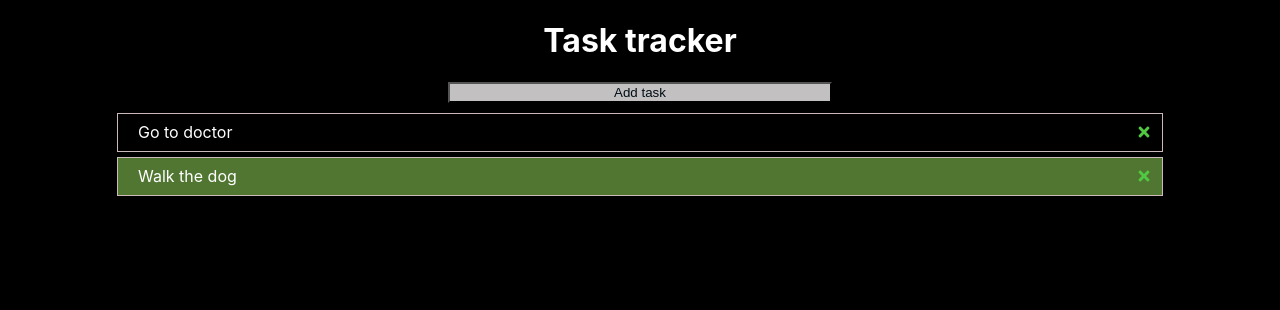
Repository: roscaImarius/task-tracker-react
Page: /
An editor plug-in stored every save of this project. The page is shown before and after the next save, followed by the edit.
The browser window is 1280 px wide. The pictures show the whole page.
The project was rebuilt for these pictures with package versions that can differ from the ones it lists, and the page was loaded fresh each time. Requests to the local data server were answered from the project's data file. Also part of the build but not shown: src/components/AddTask.js.

Above is the page before, as saved 2021-03-31 16:54:01.

### src/App.js
import "./App.css";
import Header from "./components/Header";
import React, { useState, useEffect } from "react";

function App() {
  const [showAdd, setShowAdd] = useState(false);
  const [tasks, setTasks] = useState([]);

  useEffect(() => {
    const getTasks = async () => {
      const tasksFromServer = await fetchTasks();
      setTasks(tasksFromServer);
    };

    getTasks();
  }, []);

  //fetch tasks
  const fetchTasks = async () => {
    const res = await fetch("http://localhost:5000/tasks");
    const data = await res.json();
    // console.log(data);
    return data;
  };

  //fetch task
  const fetchTask = async (id) => {
    const res = await fetch(`http://localhost:5000/tasks/${id}`);
    const data = await res.json();
    return data;
  };

  // show add form
  const onClickAdd = () => {
    setShowAdd(!showAdd);
  };

  // ADD task
  const addTask = async (task) => {
    // let randId = new Date().getTime();
    // const newTask = { id: randId, ...task };
    // console.log(newTask);
    // setTasks([...tasks, newTask]);

    const res = await fetch("http://localhost:5000/tasks", {
      method: "POST",
      headers: {
        "Content-type": "application/json",
      },
      body: JSON.stringify(task),
    });
    const data = await res.json();
    setTasks([...tasks, data]);
    setShowAdd(false);
  };

  //delete task
  const onDelete = async (id) => {
    await fetch(`http://localhost:5000/tasks/${id}`, {
      method: "DELETE",
    });

    setTasks(tasks.filter((t) => t.id !== id));
  };

  // Mark task
  const onDubleClick = async (id) => {
    const taskToToggle = await fetchTask(id);
    const updTask = { ...taskToToggle, reminder: !taskToToggle.reminder };

    const res = await fetch(`http://localhost:5000/tasks/${id}`, {
      method: "PUT",
      headers: {
        "Content-type": "application/json",
      },
      body: JSON.stringify(updTask),
    });

    const data = await res.json();
    setTasks(
      tasks.map((task) =>
        task.id === id ? { ...task, reminder: data.reminder } : task
      )
    );
  };
  return (
    <div className="App">
      <Header
        showAdd={showAdd}
        setShowAdd={setShowAdd}
        title={"Task tracker"}
        onDelete={onDelete}
        addTask={addTask}
        onClickAdd={onClickAdd}
        onDubleClick={onDubleClick}
        tasks={tasks}
      />
      {tasks.length === 0 ? <p>No tasks to show</p> : null}
    </div>
  );
}

export default App;

### src/App.css
.App {
  text-align: center;
}
body {
  background-color: black;
  color: white;
}

/* HEADER */
.header-container {
  display: flex;
  flex-direction: column;
}
.add-btn {
  background-color: black;
  color: rgb(2, 13, 22);
  margin: auto;
  width: 30%;
}
.task {
  display: flex;
  justify-content: space-between;
  padding-left: 20px;
  margin: auto;
  line-height: 5px;
  margin-bottom: 5px;
  border: 1px solid rgb(204, 186, 186);
  width: 80%;
  text-align: start;
}
.x {
  margin-right: 10px;
  color: rgb(82, 201, 67);
  margin: auto 5px;
  cursor: pointer;
  padding: 5px;
}
.marked {
  background-color: rgba(161, 236, 100, 0.5);
}
/* FORM */
.form-field {
  margin: 0 auto;
  display: flex;
  flex-direction: column;
  text-align: start;
  width: 80%;
  box-sizing: border-box;
}
.form-container {
  margin: auto;
  width: 70%;
  display: inline-block;
  padding: 10px;
  border: 1px solid gray;
  margin-bottom: 10px;
}
.saveTask {
  background-color: rgb(194, 192, 192);
}
input {
  background-color: rgb(209, 206, 206);
}

### src/components/Header.js
import React from "react";
import PropTypes from "prop-types";
import Tasks from "./Tasks";
import Button from "./Button";
import AddTask from "./AddTask";

const Header = ({
  title,
  onClickAdd,
  onDelete,
  addTask,
  onDubleClick,
  tasks,
  showAdd,
  setShowAdd,
}) => {
  return (
    <header className="header-container">
      <h1>{title}</h1>
      <Button
        onClick={onClickAdd}
        showAdd={showAdd}
        setShowAdd={setShowAdd}
        // color={showAdd? 'green' : 'red'}
      />
      {showAdd && <AddTask addTask={addTask} />}
      <Tasks onDelete={onDelete} onDubleClick={onDubleClick} tasks={tasks} />
    </header>
  );
};

Header.defaultProps = {
  title: "Task tracker",
};

Header.propTypes = {
  title: PropTypes.string.isRequired,
};

export default Header;

### src/components/Tasks.js
import React from "react";
import Task from "./Task";

const Tasks = ({ tasks, onDubleClick, onDelete }) => {
  return (
    <div>
      {tasks.map((t) => (
        <Task
          key={t.id}
          onDubleClick={onDubleClick}
          onDelete={onDelete}
          t={t}
        />
      ))}
    </div>
  );
};

export default Tasks;

### src/components/Button.js
import React from "react";

const Button = ({ color, showAdd, onClick }) => {
  return (
    <button
      onClick={onClick}
      style={{ backgroundColor: color, marginBottom: "10px" }}
      className="add-btn"
    >
      {showAdd ? "Cancel add task " : "Add task"}
    </button>
  );
};
Button.defaultProps = {
  color: " rgb(194, 192, 192)",
};

export default Button;

### src/components/Task.js
import React from "react";
import { FaTimes } from "react-icons/fa";

const Task = ({ t, onDubleClick, onDelete }) => {
  return (
    <div
      className={`task ${t.reminder ? "marked " : ""}`}
      onDoubleClick={() => onDubleClick(t.id)}
    >
      <div>
        <p>{t.text}</p>
        <p>{t.date}</p>
      </div>
      <FaTimes className="x" onClick={() => onDelete(t.id)} />
    </div>
  );
};

export default Task;

### db.json
{
  "tasks": [
    {
      "id": 1,
      "text": "Go to doctor",
      "day": "Jan 15th at 12:30am",
      "reminder": false
    },
    {
      "id": 2,
      "text": "Walk the dog",
      "day": "Dec 8th at 4:10am",
      "reminder": true
    }
  ]
}

### src/components/footer.js
import React from "react";

export const Footer = () => {
  return (
    <footer>
      <p>Copyright &copy; 2021</p>
      <a href="/about">About</a>
    </footer>
  );
};

Loaded but not shown: public/index.html (common file); src/index.js (common file); src/index.css (common file); src/reportWebVitals.js (common file)

After the next save:
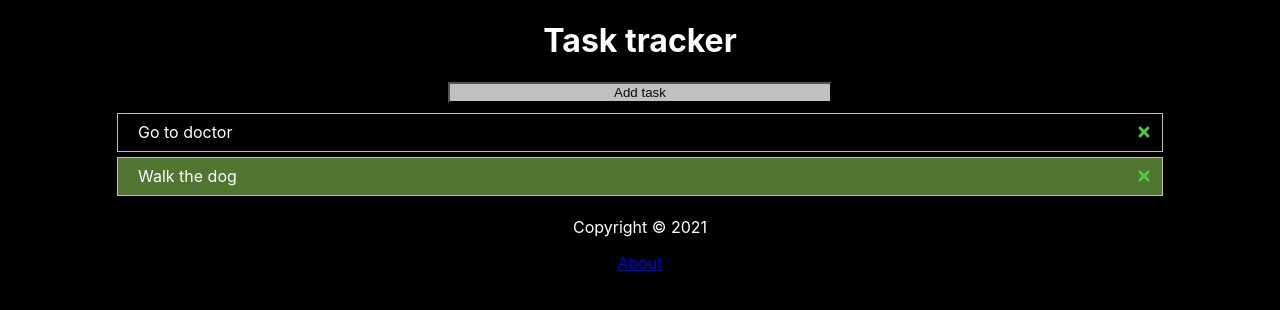
Saved 2 min 45 s later.
--- a/src/App.js
+++ b/src/App.js
@@ -1,6 +1,7 @@
 import "./App.css";
 import Header from "./components/Header";
 import React, { useState, useEffect } from "react";
+import { Footer } from "./components/footer";
 
 function App() {
   const [showAdd, setShowAdd] = useState(false);
@@ -96,6 +97,7 @@ function App() {
         tasks={tasks}
       />
       {tasks.length === 0 ? <p>No tasks to show</p> : null}
+      <Footer />
     </div>
   );
 }
